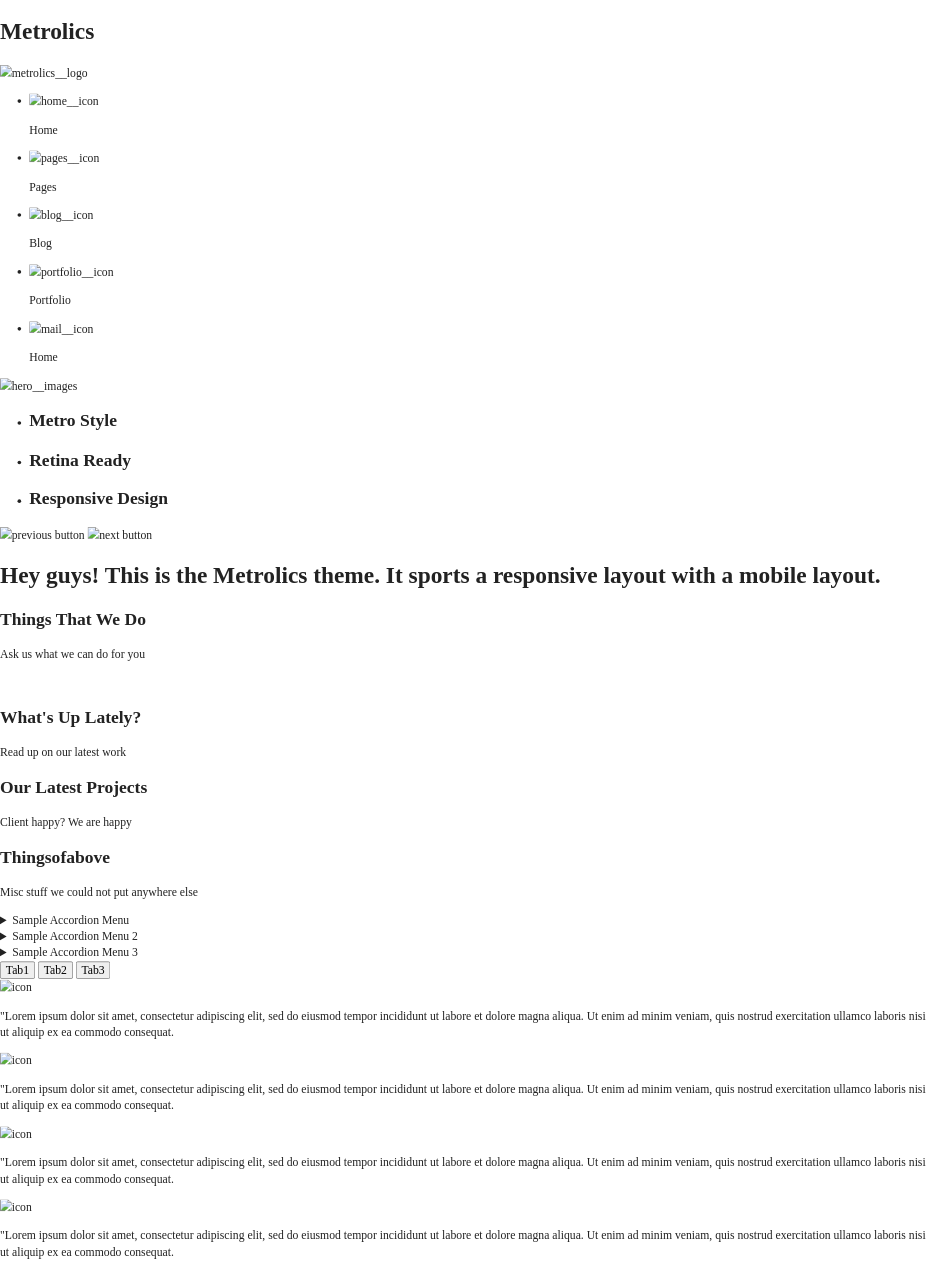
Repository: eilidhma/metrolics
Page: index.html
The author's editor kept a copy of each file at every save. The page is drawn from the files as they stood at one save, then again after a run of saves.
The browser window is 1280 px wide. The pictures show the whole page, at 73% of full size.

Above is the page before, as saved 2021-01-26 23:58:48.

After the next 3 saves:
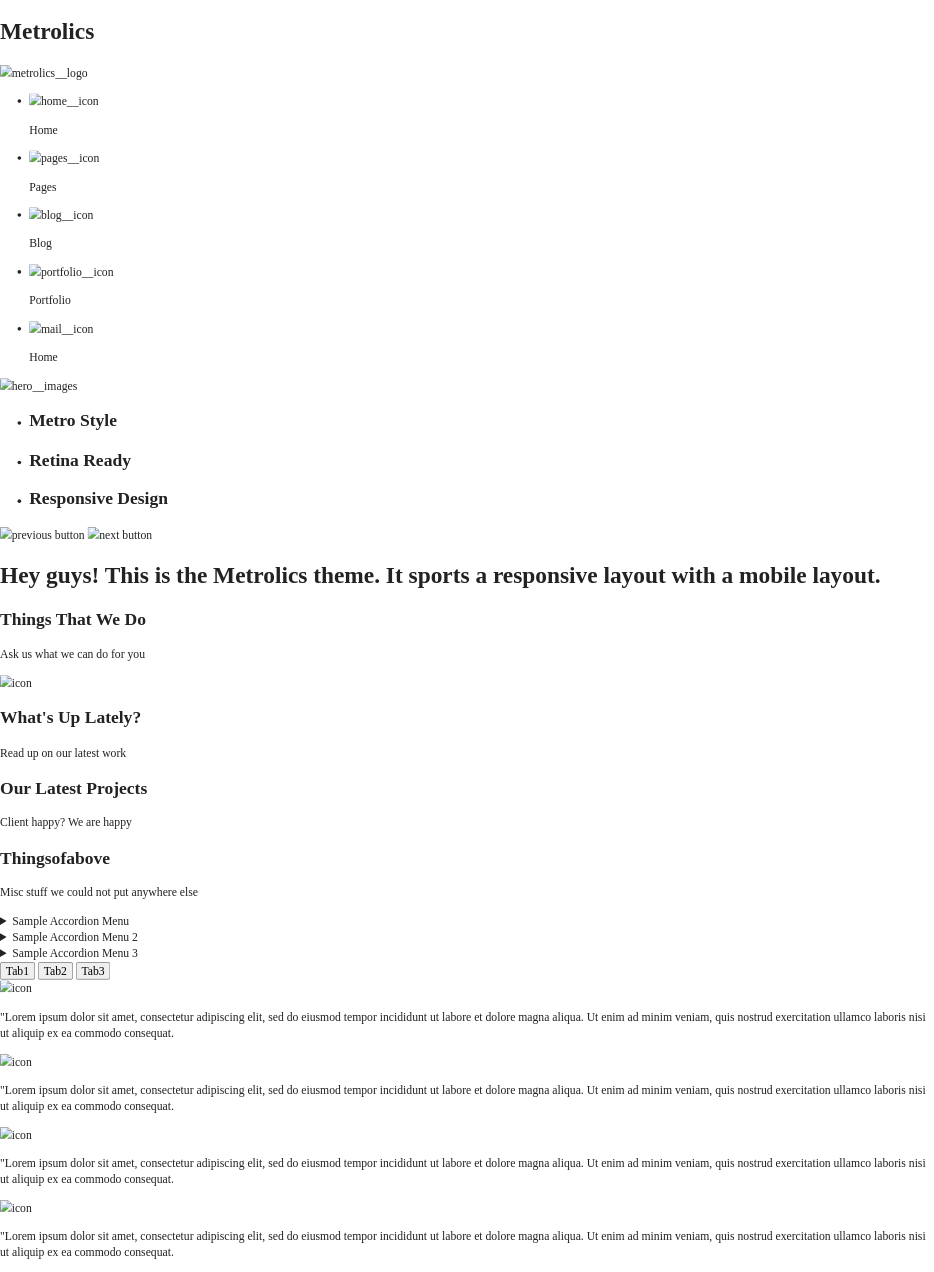
The 3 saves are shown as one change because they came seconds apart.
The last was saved 12 s later.
--- a/index.html
+++ b/index.html
@@ -87,7 +87,7 @@
 
     <section class="main__content__four__columns">
       <div class="four_column_item">
-        <img src="" alt="">
+        <img src="" alt="icon" class="">
       </div>
       <div class="four_column_item"></div>
       <div class="four_column_item"></div>
